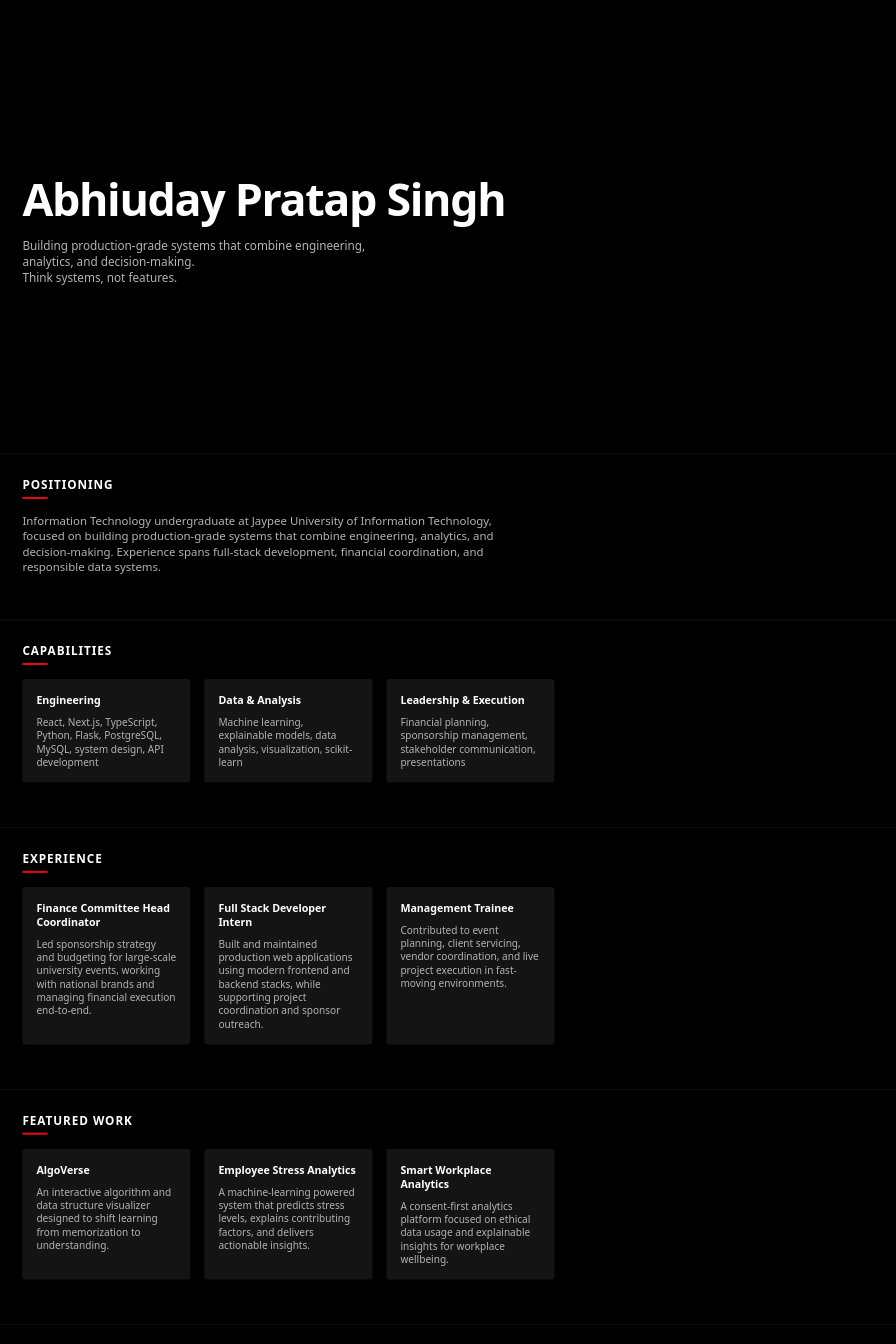
Repository: PratapOP/main-portfolio
Page: / (app in frontend/)
These files come from the project's save history. The page is drawn as it stood at one moment and after the next save; the edit follows.
The browser window is 1280 px wide. The pictures show the part of the page from y = 0 to 1920 px (the page is 2756 px tall), at 70% of full size.
The project was rebuilt for these pictures with package versions that can differ from the ones it lists, and the page was loaded fresh each time. Also part of the build but not shown: frontend/vite.config.js.

Above is the page before, as saved 2026-01-01 18:50:14.

### frontend/index.html
<!DOCTYPE html>
<html lang="en">
  <head>
    <meta charset="UTF-8" />

    <!-- Viewport for responsive layout -->
    <meta name="viewport" content="width=device-width, initial-scale=1.0" />

    <!--
      Title intentionally minimal and authoritative.
      This is the first identity signal recruiters see.
    -->
    <title>Abhiuday Pratap Singh</title>

    <!--
      Force dark background before React loads
      Prevents white flash and preserves cinematic feel
    -->
    <style>
      html,
      body {
        margin: 0;
        padding: 0;
        background-color: #0b0b0b;
      }
    </style>
  </head>

  <body>
    <!-- React mounts here -->
    <div id="root"></div>

    <!-- React entry point -->
    <script type="module" src="/src/main.jsx"></script>
  </body>
</html>

### frontend/src/App.jsx
import React, { useEffect } from "react";
import "./styles.css";
import {
  HeroSection,
  AboutSection,
  SkillsSection,
  ExperienceSection,
  ProjectsSection,
  TrendingSection,
  WhyHireMeSection,
  ContactSection
} from "./sections";

function App() {
  useEffect(() => {
    document.documentElement.style.scrollBehavior = "smooth";
  }, []);

  return (
    <div className="app-root">
      <HeroSection />
      <AboutSection />
      <SkillsSection />
      <ExperienceSection />
      <ProjectsSection />
      <TrendingSection />
      <WhyHireMeSection />
      <ContactSection />
    </div>
  );
}

export default App;

### frontend/src/styles.css
    /* ============================================================
    GLOBAL RESET & STREAMING COLOR SYSTEM
    ============================================================ */

    * {
    margin: 0;
    padding: 0;
    box-sizing: border-box;
    }

    :root {
    /* Core streaming palette */
    --bg-primary: #000000;
    --bg-card: #141414;

    --text-primary: #ffffff;
    --text-muted: #b3b3b3;

    --accent: #e50914;

    /* Controlled spacing scale (reduced) */
    --xs: 6px;
    --sm: 12px;
    --md: 20px;
    --lg: 32px;
    --xl: 48px;
    --xxl: 80px;
    }

    html,
    body {
    background-color: var(--bg-primary);
    color: var(--text-primary);
    font-family: system-ui, -apple-system, BlinkMacSystemFont,
        "Segoe UI", Roboto, Helvetica, Arial, sans-serif;

    overflow-x: hidden; /* absolutely no horizontal scroll */
    }

    /* ============================================================
    APP ROOT
    ============================================================ */

    .app-root {
    width: 100%;
    overflow-x: hidden;
    }

    /* ============================================================
    HERO (FEATURED BANNER)
    ============================================================ */

    .hero {
    min-height: 90vh;
    display: flex;
    align-items: center;
    }

    .hero-inner {
    padding-left: var(--lg);
    padding-right: var(--lg);
    max-width: 820px;
    }

    .hero-title {
    font-size: clamp(3rem, 5vw, 4.6rem);
    font-weight: 800;
    letter-spacing: -0.03em;
    margin-bottom: var(--sm);
    }

    .hero-subtitle {
    font-size: 1.05rem;
    color: var(--text-muted);
    max-width: 560px;
    }

    /* ============================================================
    SECTION STRUCTURE (FIXED SPACING)
    ============================================================ */

    .section {
    padding: var(--lg) 0;
    }

    .section-inner {
    padding-left: var(--lg);
    padding-right: var(--lg);
    }

    /* Mobile safety — prevent edge sticking */
    @media (max-width: 768px) {
    .section-inner,
    .hero-inner {
        padding-left: var(--md);
        padding-right: var(--md);
    }
    }

    /* ============================================================
    SECTION TITLES (STREAMING STYLE)
    ============================================================ */

    .section-title {
    font-size: 1.05rem;
    font-weight: 600;
    letter-spacing: 0.08em;
    text-transform: uppercase;

    color: var(--text-primary);
    margin-bottom: var(--md);
    position: relative;
    }

    .section-title::after {
    content: "";
    display: block;
    width: 36px;
    height: 3px;
    background-color: var(--accent);
    margin-top: var(--xs);
    }

    /* ============================================================
    TEXT BLOCKS
    ============================================================ */

    .section-text {
    max-width: 700px;
    font-size: 1.02rem;
    color: var(--text-muted);
    margin-bottom: var(--lg);
    }

    /* ============================================================
    STREAMING ROWS (HORIZONTAL)
    ============================================================ */

    .row {
    display: flex;
    gap: var(--md);
    overflow-x: auto;

    padding-left: var(--lg);
    padding-right: var(--lg);
    padding-bottom: var(--lg);

    scroll-snap-type: x mandatory;
    overscroll-behavior-x: contain;
    }

    .row::-webkit-scrollbar {
    display: none;
    }

    /* ============================================================
    CARDS (CONTENT TILES)
    ============================================================ */

    .card {
    background-color: var(--bg-card);
    min-width: 240px;
    max-width: 240px;

    padding: var(--md);
    border-radius: 4px;

    scroll-snap-align: start;

    transition:
        transform 0.25s ease,
        box-shadow 0.25s ease;
    }

    .card h3 {
    font-size: 0.95rem;
    font-weight: 600;
    margin-bottom: var(--sm);
    }

    .card p {
    font-size: 0.9rem;
    color: var(--text-muted);
    }

    /* Hover — sharp, not floaty */
    .card:hover {
    transform: scale(1.06);
    box-shadow: 0 16px 32px rgba(0, 0, 0, 0.7);
    z-index: 2;
    }

    /* ============================================================
    CONTACT SECTION
    ============================================================ */

    .contact {
    padding-top: var(--xl);
    padding-bottom: var(--xxl);
    }

    .contact-form {
    max-width: 520px;
    display: flex;
    flex-direction: column;
    gap: var(--md);
    }

    .contact-form input,
    .contact-form textarea {
    background-color: #000000;
    border: 1px solid #333333;
    color: var(--text-primary);

    padding: var(--sm);
    font-size: 0.95rem;
    }

    .contact-form input:focus,
    .contact-form textarea:focus {
    outline: none;
    border-color: var(--accent);
    }

    .contact-form button {
    margin-top: var(--sm);
    background-color: var(--accent);
    color: #ffffff;

    border: none;
    padding: var(--sm);
    font-size: 0.95rem;
    cursor: pointer;

    transition: opacity 0.2s ease;
    }

    .contact-form button:hover {
    opacity: 0.85;
    }

    /* ============================================================
    FINAL SECTION SEPARATION (SUBTLE)
    ============================================================ */

    .section:not(:first-of-type) {
    border-top: 1px solid rgba(255, 255, 255, 0.08);
    }

### frontend/src/sections.jsx
    /**
     * ============================================================
     * sections.jsx — Sections with Titles & Hierarchy
     * ============================================================
     */

    import React from "react";
    import { motion } from "framer-motion";
    import {
    sectionFade,
    staggerContainer,
    cardFade
    } from "./motion";

    /* ============================================================
    FEATURED
    ============================================================ */

    export function HeroSection() {
    return (
        <motion.section
        className="section hero"
        variants={sectionFade}
        initial="hidden"
        animate="visible"
        >
        <div className="hero-inner">
            <h1 className="hero-title">Abhiuday Pratap Singh</h1>
            <p className="hero-subtitle">
            Building production-grade systems that combine engineering,
            analytics, and decision-making.
            <br />
            <span className="hero-subtitle-accent">Think systems, not features.</span>
            </p>
        </div>
        </motion.section>
    );
    }

    /* ============================================================
    POSITIONING
    ============================================================ */

    export function AboutSection() {
    return (
        <motion.section
        className="section"
        variants={sectionFade}
        initial="hidden"
        whileInView="visible"
        viewport={{ once: true }}
        >
        <div className="section-inner">
            <h2 className="section-title">Positioning</h2>
            <p className="section-text">
            Information Technology undergraduate at Jaypee University
            of Information Technology, focused on building production-grade
            systems that combine engineering, analytics, and decision-making.
            Experience spans full-stack development, financial coordination,
            and responsible data systems.
            </p>
        </div>
        </motion.section>
    );
    }

    /* ============================================================
    CAPABILITIES
    ============================================================ */

    export function SkillsSection() {
    const skills = [
        {
        title: "Engineering",
        text:
            "React, Next.js, TypeScript, Python, Flask, PostgreSQL, MySQL, system design, API development"
        },
        {
        title: "Data & Analysis",
        text:
            "Machine learning, explainable models, data analysis, visualization, scikit-learn"
        },
        {
        title: "Leadership & Execution",
        text:
            "Financial planning, sponsorship management, stakeholder communication, presentations"
        }
    ];

    return (
        <motion.section
        className="section"
        variants={sectionFade}
        initial="hidden"
        whileInView="visible"
        viewport={{ once: true }}
        >
        <div className="section-inner">
            <h2 className="section-title">Capabilities</h2>
        </div>

        <motion.div
            className="row"
            variants={staggerContainer}
            initial="hidden"
            whileInView="visible"
            viewport={{ once: true }}
        >
            {skills.map((item, index) => (
            <motion.div className="card" variants={cardFade} key={index}>
                <h3>{item.title}</h3>
                <p>{item.text}</p>
            </motion.div>
            ))}
        </motion.div>
        </motion.section>
    );
    }

    /* ============================================================
    EXPERIENCE
    ============================================================ */

    export function ExperienceSection() {
    const roles = [
        {
        title: "Finance Committee Head Coordinator",
        text:
            "Led sponsorship strategy and budgeting for large-scale university events, working with national brands and managing financial execution end-to-end."
        },
        {
        title: "Full Stack Developer Intern",
        text:
            "Built and maintained production web applications using modern frontend and backend stacks, while supporting project coordination and sponsor outreach."
        },
        {
        title: "Management Trainee",
        text:
            "Contributed to event planning, client servicing, vendor coordination, and live project execution in fast-moving environments."
        }
    ];

    return (
        <motion.section
        className="section"
        variants={sectionFade}
        initial="hidden"
        whileInView="visible"
        viewport={{ once: true }}
        >
        <div className="section-inner">
            <h2 className="section-title">Experience</h2>
        </div>

        <motion.div
            className="row"
            variants={staggerContainer}
            initial="hidden"
            whileInView="visible"
            viewport={{ once: true }}
        >
            {roles.map((item, index) => (
            <motion.div className="card" variants={cardFade} key={index}>
                <h3>{item.title}</h3>
                <p>{item.text}</p>
            </motion.div>
            ))}
        </motion.div>
        </motion.section>
    );
    }

    /* ============================================================
    PROJECTS
    ============================================================ */

    export function ProjectsSection() {
    const projects = [
        {
        title: "AlgoVerse",
        text:
            "An interactive algorithm and data structure visualizer designed to shift learning from memorization to understanding."
        },
        {
        title: "Employee Stress Analytics",
        text:
            "A machine-learning powered system that predicts stress levels, explains contributing factors, and delivers actionable insights."
        },
        {
        title: "Smart Workplace Analytics",
        text:
            "A consent-first analytics platform focused on ethical data usage and explainable insights for workplace wellbeing."
        }
    ];

    return (
        <motion.section
        className="section"
        variants={sectionFade}
        initial="hidden"
        whileInView="visible"
        viewport={{ once: true }}
        >
        <div className="section-inner">
            <h2 className="section-title">Featured Work</h2>
        </div>

        <motion.div
            className="row"
            variants={staggerContainer}
            initial="hidden"
            whileInView="visible"
            viewport={{ once: true }}
        >
            {projects.map((item, index) => (
            <motion.div className="card" variants={cardFade} key={index}>
                <h3>{item.title}</h3>
                <p>{item.text}</p>
            </motion.div>
            ))}
        </motion.div>
        </motion.section>
    );
    }

    /* ============================================================
    CURRENT FOCUS
    ============================================================ */

    export function TrendingSection() {
    return (
        <motion.section
        className="section"
        variants={sectionFade}
        initial="hidden"
        whileInView="visible"
        viewport={{ once: true }}
        >
        <div className="section-inner">
            <h2 className="section-title">Current Focus</h2>
            <p className="section-text">
            Building responsible analytics systems that balance insight with ethics,
            emphasizing explainable machine learning, consent-first data practices,
            and real-world applicability.
            </p>
        </div>
        </motion.section>
    );
    }

    /* ============================================================
    WHY THIS PROFILE
    ============================================================ */

    export function WhyHireMeSection() {
    return (
        <motion.section
        className="section"
        variants={sectionFade}
        initial="hidden"
        whileInView="visible"
        viewport={{ once: true }}
        >
        <div className="section-inner">
            <h2 className="section-title">Why This Profile</h2>
            <p className="section-text">
            I approach systems as products, not demos. My work prioritizes clarity,
            responsibility, and scalability, with the ability to own ideas from
            concept through deployment.
            </p>
        </div>
        </motion.section>
    );
    }

    /* ============================================================
    CONTACT
    ============================================================ */

    export function ContactSection() {
    return (
        <motion.section
        className="section contact"
        variants={sectionFade}
        initial="hidden"
        whileInView="visible"
        viewport={{ once: true }}
        >
        <div className="section-inner">
            <h2 className="section-title">Get in Touch</h2>
            <form className="contact-form">
            <input type="text" placeholder="Name" />
            <input type="email" placeholder="Email" />
            <textarea placeholder="Message" rows="4" />
            <button type="submit">Send</button>
            </form>
        </div>
        </motion.section>
    );
    }

### frontend/src/motion.js
    /**
     * ============================================================
     * motion.js — Centralized Motion Presets
     * ============================================================
     *
     * Responsibilities:
     * - Define reusable animation variants
     * - Keep motion subtle, slow, and cinematic
     * - Avoid per-component animation duplication
     *
     * Framer Motion is used intentionally and sparingly.
     * ============================================================
     */

    /* ============================================================
    Section Fade-In (used when section enters viewport)
    ============================================================ */

    export const sectionFade = {
    hidden: {
        opacity: 0,
        y: 40
    },
    visible: {
        opacity: 1,
        y: 0,
        transition: {
        duration: 0.8,
        ease: [0.22, 1, 0.36, 1] // smooth, cinematic easing
        }
    }
    };

    /* ============================================================
    Card Stagger Container
    ============================================================ */

    export const staggerContainer = {
    hidden: {},
    visible: {
        transition: {
        staggerChildren: 0.12
        }
    }
    };

    /* ============================================================
    Individual Card Animation
    ============================================================ */

    export const cardFade = {
    hidden: {
        opacity: 0,
        y: 20
    },
    visible: {
        opacity: 1,
        y: 0,
        transition: {
        duration: 0.6,
        ease: [0.22, 1, 0.36, 1]
        }
    }
    };

Loaded but not shown: frontend/src/main.jsx (common file)

After the next save:
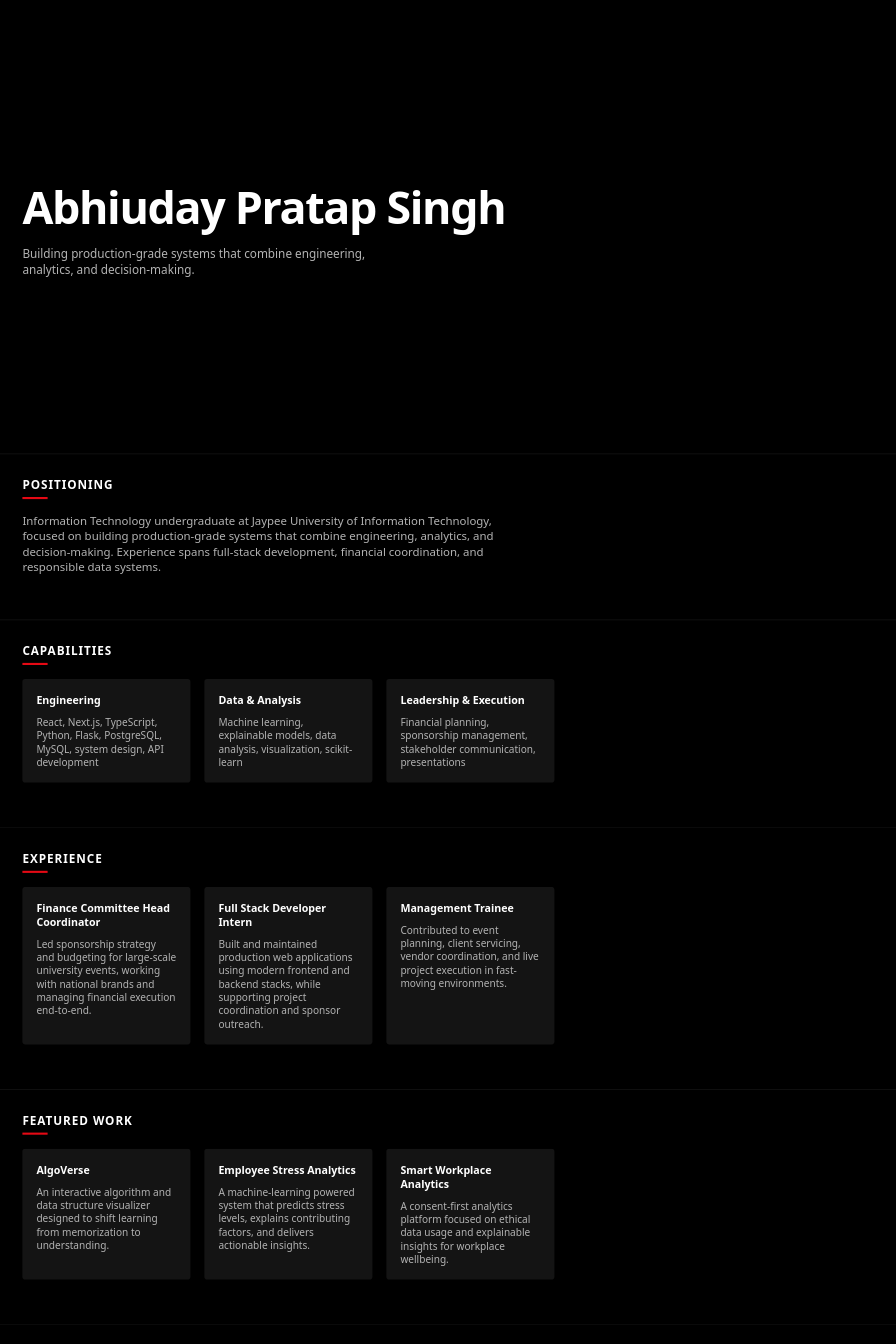
Saved 12 s later.
--- a/frontend/src/sections.jsx
+++ b/frontend/src/sections.jsx
@@ -30,7 +30,6 @@
             Building production-grade systems that combine engineering,
             analytics, and decision-making.
             <br />
-            <span className="hero-subtitle-accent">Think systems, not features.</span>
             </p>
         </div>
         </motion.section>
